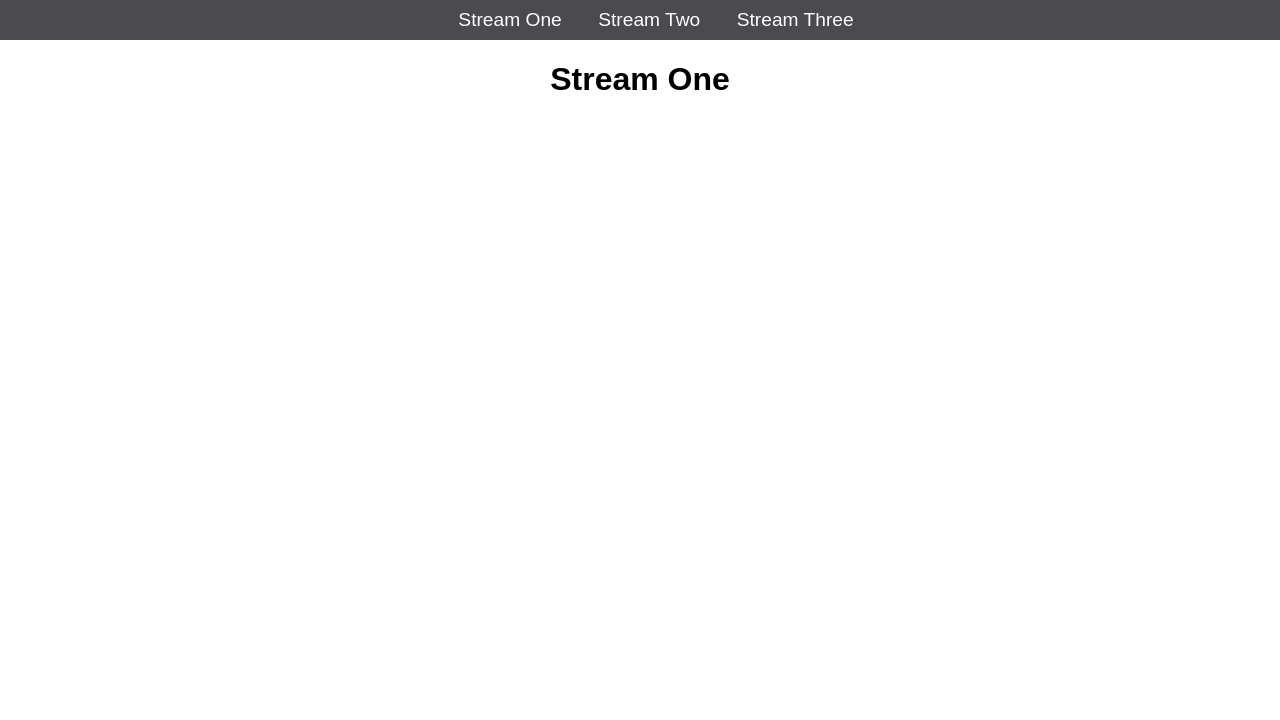
Repository: krisswiss/my-first-website
Page: stream-one.html
The author's editor kept a record of every edit. The page is drawn from the files as they stood at one moment, then again after the next edit.
The browser window is 1280 px wide. The pictures show the whole page.

Above is the page before.

### stream-one.html
<html>
    <head>
        <title>Hello World</title>
        <link rel="stylesheet" href="css/style.css" type="text/css" />
    </head>
    <body>
        <nav>
            <ul>
                <li><a href="stream-one.html">Stream One</a></li>
                <li><a href="stream-two.html">Stream Two</a></li>
                <li><a href="stream-three.html">Stream Three</a></li>
            </ul>
        </nav>
        <h1>Stream One</h1>
        <div class="card">
            <a href="">
                <img />
                <h2></h2>
            </a>

        </div>
    </body>
</html>

### css/style.css
body {
    margin: 0;
    padding: 0;
    font-family: 'Oswald', sans-serif;
}

nav ul{
    list-style: none;
    background-color: #4a4a4f;
    text-align: center;
    margin: 0;
    padding: 0;
}

nav li {
    font-size: 1.2em;
    line-height: 40px;
    height: 40px;
    display: inline-block;
    margin-left: 2.5%;
}

nav a {
    text-decoration: none;
    color: #ffffff;
    display: block;
}

nav a:hover {
    background-color: #ffffff;
    color: #4a4a4f;
}

.card {
    float: left;
    width: 20%;
    margin-left: 10%;
}

.card a {
    text-align: center;
}

img {
    width: 100%;
}

h1 {
    text-align: center;
}

After the next edit:
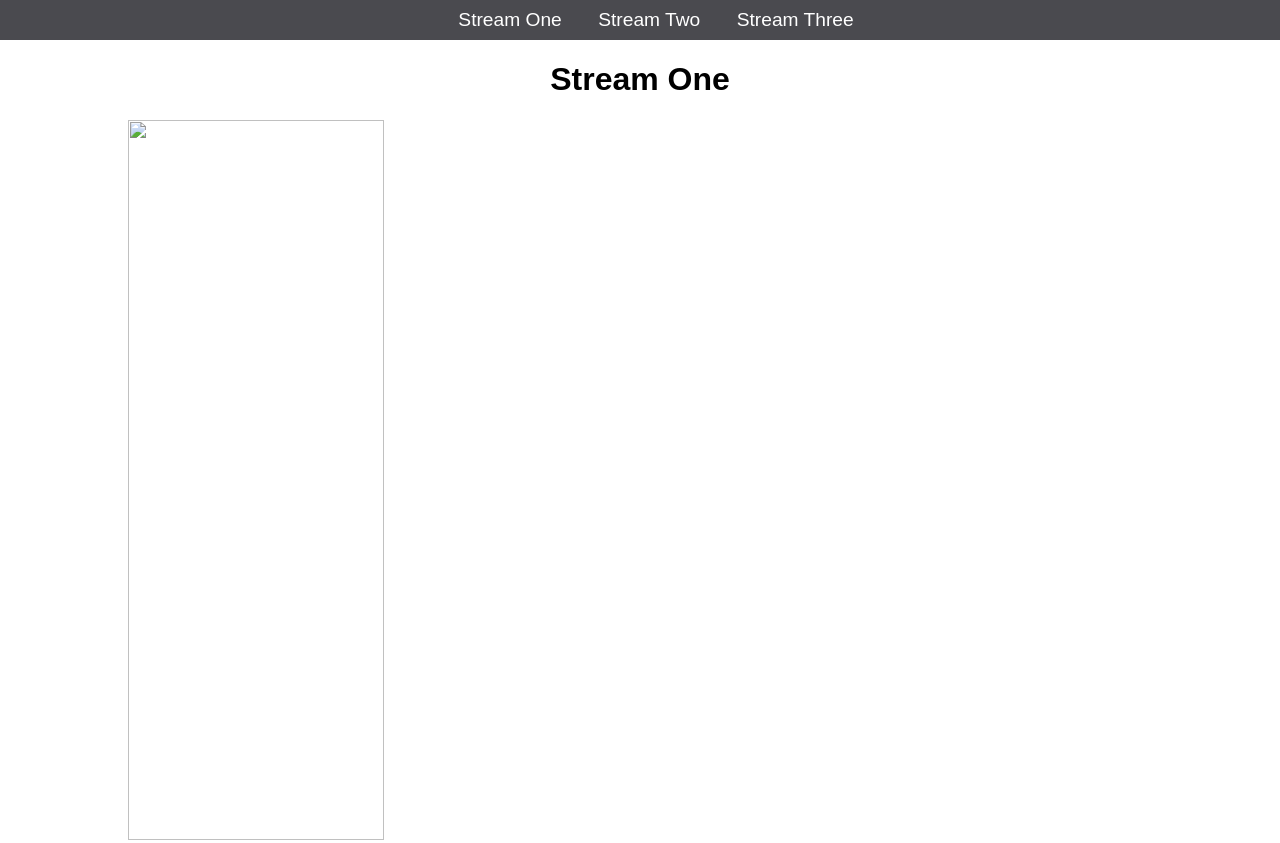
The edit:
--- a/stream-one.html
+++ b/stream-one.html
@@ -13,10 +13,9 @@
         </nav>
         <h1>Stream One</h1>
         <div class="card">
-            <a href="">
-                <img />
-                <h2></h2>
-            </a>
+            <a href="https://en.wikipedia.org/wiki/HTML5">
+                <img src=""/>
+                </a>
 
         </div>
     </body>
